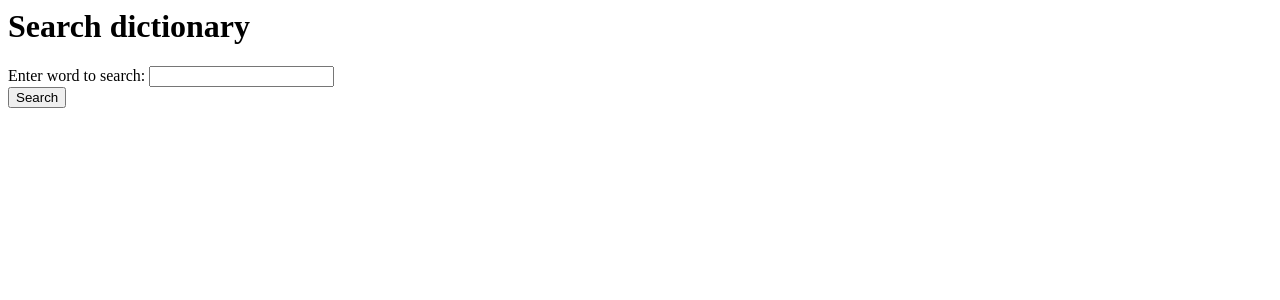
Repository: RobertKiliszewski/Distributed-Systems-Project-2017
Page: http://localhost/job-server/
These files come from the project's save history. The page is drawn as it stood at one moment and after a run of saves; the edit follows.
The browser window is 1280 px wide. The pictures show the whole page.
The page is served by Tomcat 9.

Above is the page before, as saved 2017-12-22 00:04:52.

After the next 2 saves:
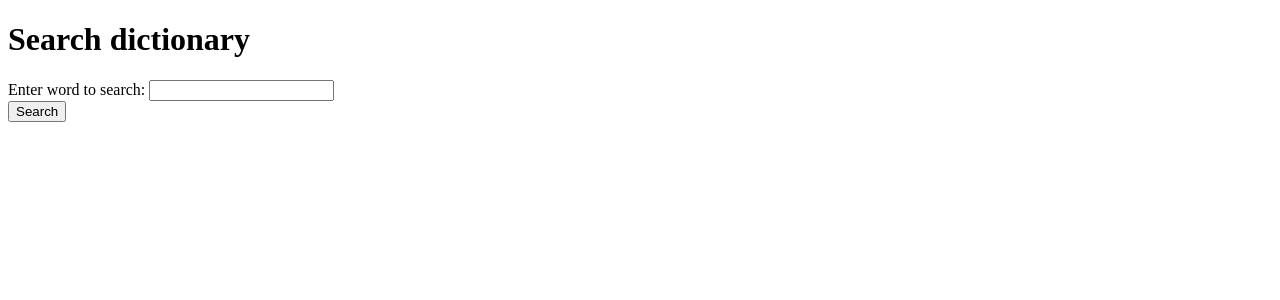
The 2 saves are shown as one change because they came seconds apart.
The last was saved 29 s later.
--- a/job-server/WebContent/lookup.jsp
+++ b/job-server/WebContent/lookup.jsp
@@ -1,18 +1,28 @@
+<%@ page language="java" contentType="text/html; charset=ISO-8859-1"
+  pageEncoding="ISO-8859-1"%>
+<!DOCTYPE html PUBLIC "-//W3C//DTD HTML 4.01 Transitional//EN" "http://www.w3.org/TR/html4/loose.dtd">
+<html>
+<head>
+<meta http-equiv="Content-Type" content="text/html; charset=ISO-8859-1">
+<title>Insert title here</title>
+</head>
+<body>
 
-		<h1>Search dictionary</h1>
+<h1>Search dictionary</h1>
 
-		<div class="form-group">
-		  <label>Enter word to search:</label>
-		  <input type="text" class="form-control" name="word">
-		</div>
+<div class="form-group">
+  <label>Enter word to search:</label>
+  <input type="text" class="form-control" name="word">
+</div>
 
-		<div class="form-group">
-		  <button class="btn btn-success" type="submit">Search</button>
-		</div>
+<div class="form-group">
+  <button class="btn btn-success" type="submit">Search</button>
+</div>
 
 
-		</br>
+<div class="alert alert-success">
+   		${messages.description}
+	</div>
 
-		<div class="alert alert-success">
-     		${messages.description}
-  		</div>
+</body>
+</html>
